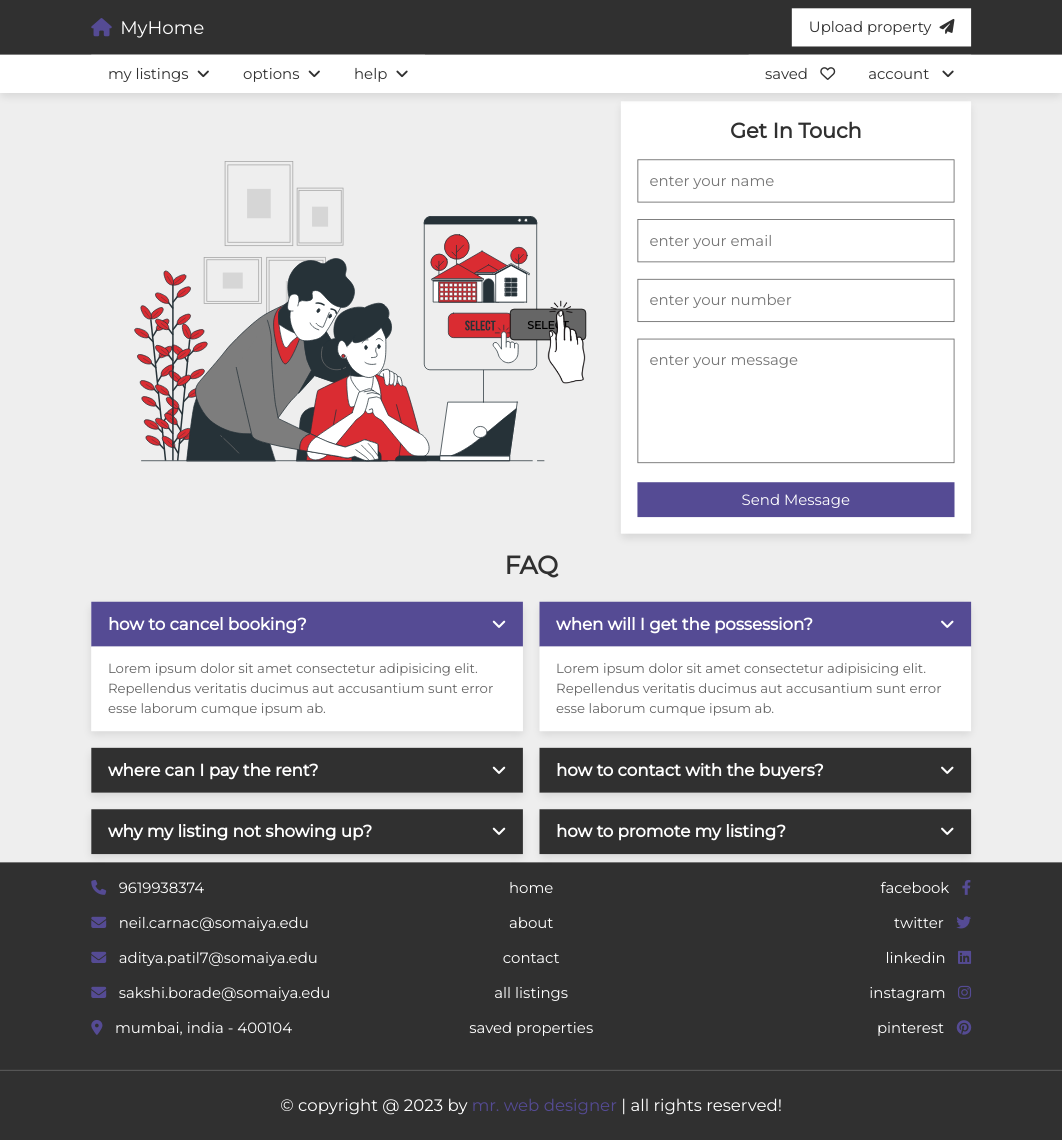
Repository: adi-tya999/wpl-project-realestatewebsite-main
Page: http://localhost/project/contact.php
The author's editor kept a copy of each file at every save. The page is drawn from the files as they stood at one save, then again after a run of saves.
The browser window is 1280 px wide. The pictures show the whole page, at 83% of full size.
The pointer rests on the first visible `button`.
The page is run by PHP 8.4 with error messages shown; the project is at /var/www/html/.

Above is the page before, as saved 2023-04-29 17:12:19.

After the next 2 saves:
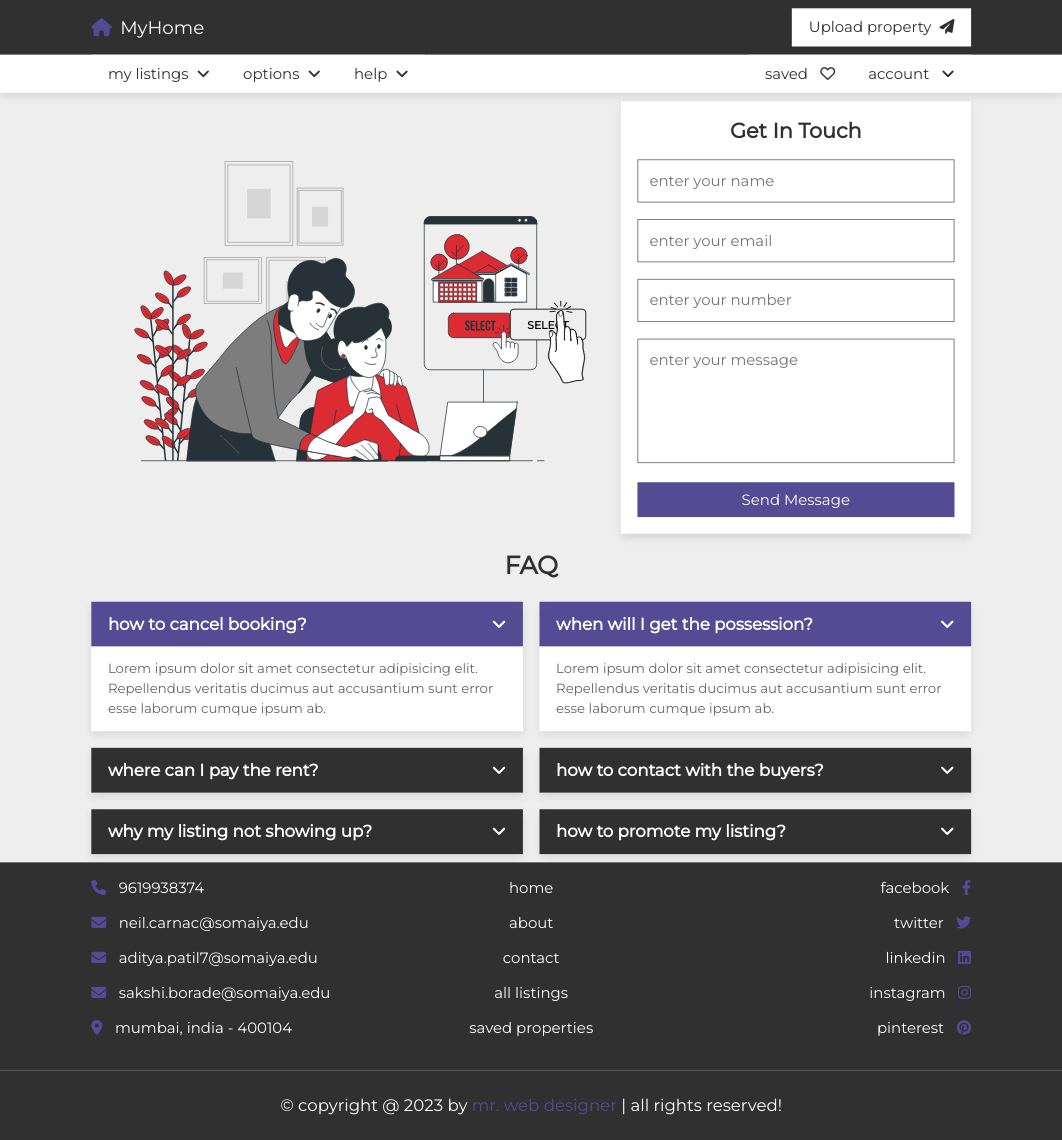
The 2 saves are shown as one change because they came seconds apart.
The last was saved 59 s later.
--- a/project/contact.php
+++ b/project/contact.php
@@ -78,7 +78,7 @@ if(isset($_POST['send'])){
 		}
       button:hover{
          cursor: pointer;
-         background-color: #666;
+         background-color: #EEEEEE;
 			color: vlack;
       }
       .selele{
